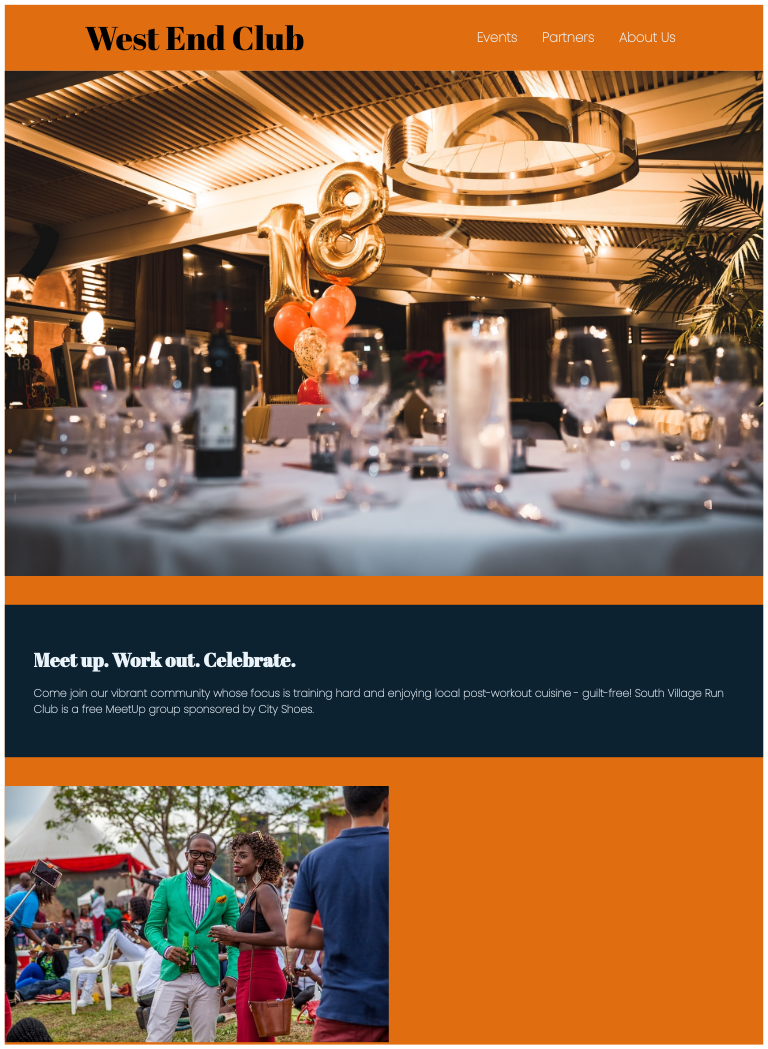
Repository: lastbronx41/lastbronx41.github.io
Page: starting/index.html
These files come from the project's save history. The page is drawn as it stood at one moment and after a run of saves; the edit follows.
The browser window is 1280 px wide. The pictures show the whole page, at 60% of full size.
Some web fonts or font styles are not loaded; a fallback is used.

Above is the page before, as saved 2022-07-19 04:50:39.

After the next 6 saves:
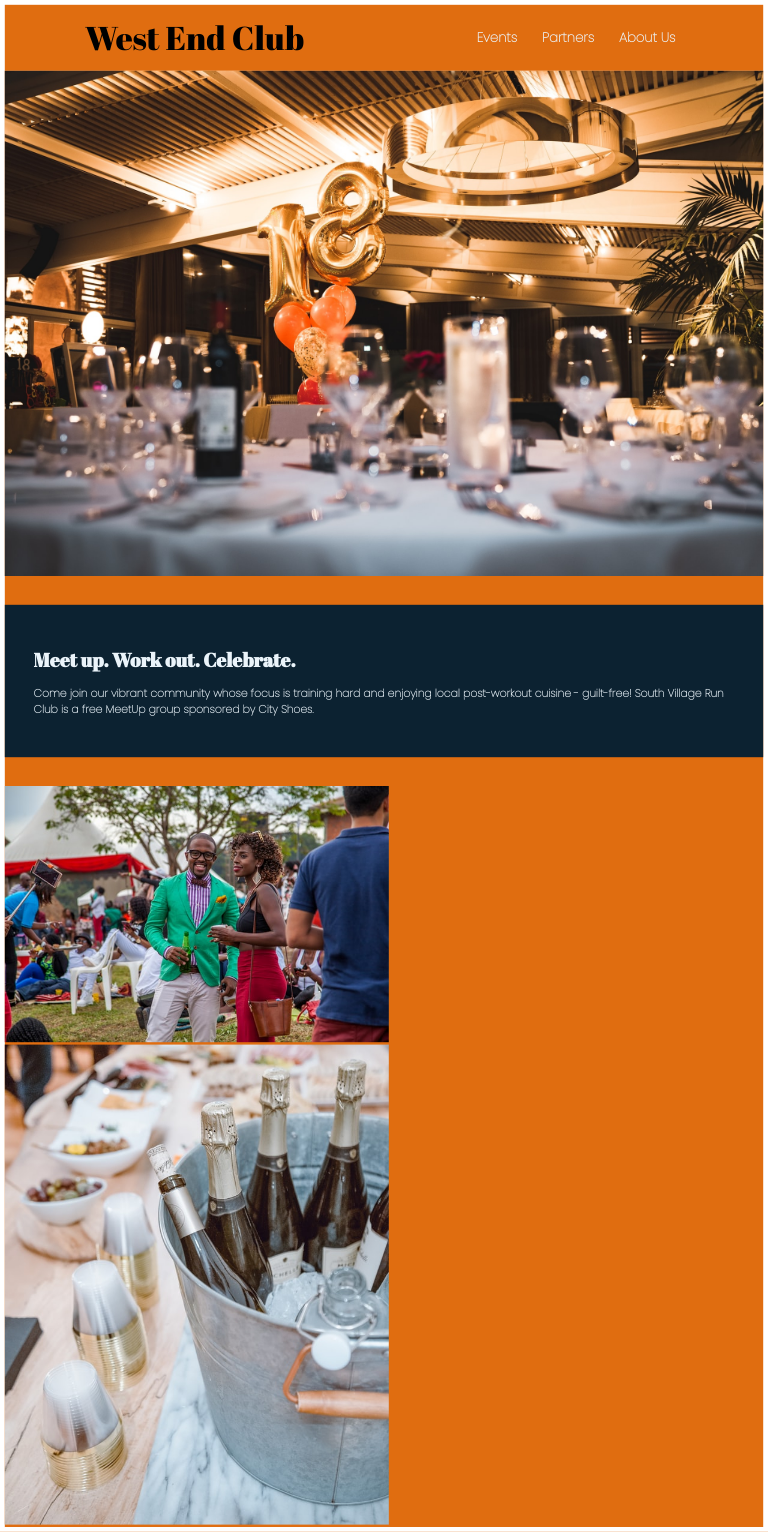
The 6 saves are shown as one change because they came seconds apart.
The last was saved 22 s later.
--- a/starting/index.html
+++ b/starting/index.html
@@ -41,7 +41,8 @@
          </div>
          <div class="other-pics">
             <img src="./resources/1.jpg"/>
-
+            <img src="./resources/2.jpg"/>
+            <i
          </div>
 
       </div>
